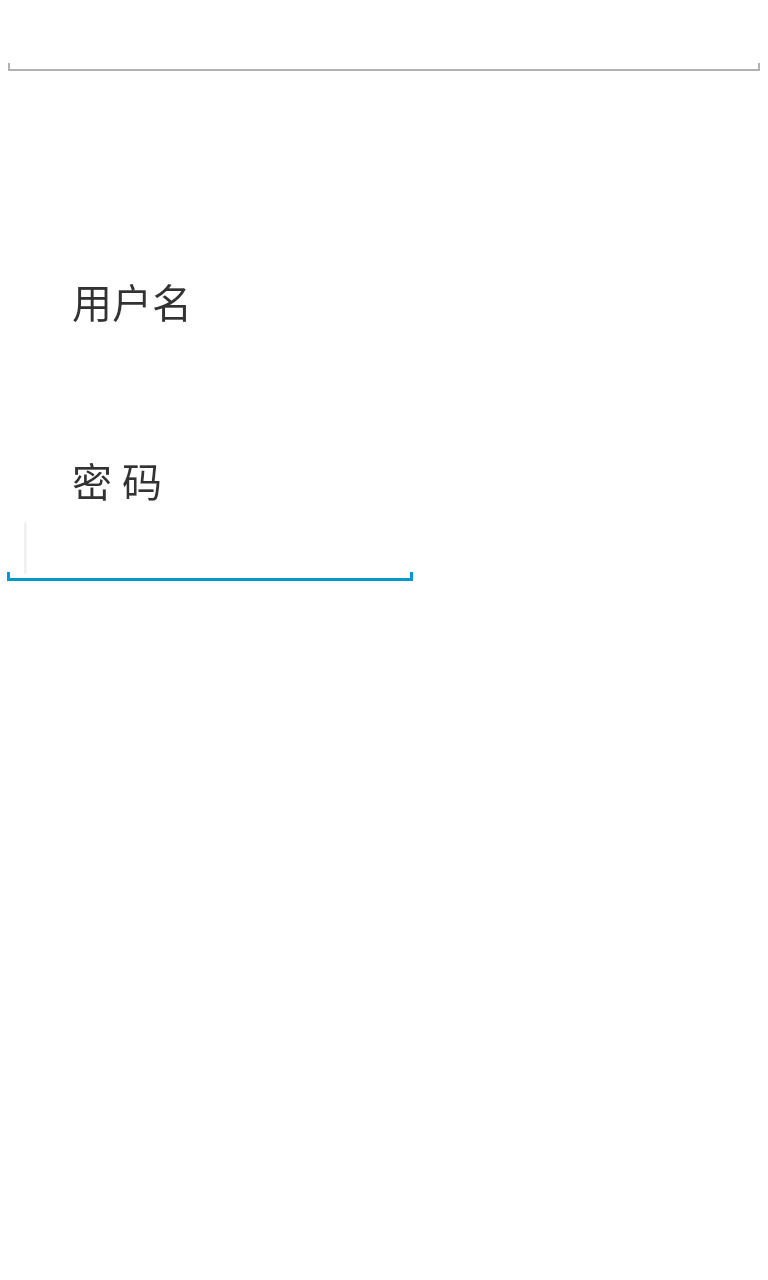
Repository: 17390089054/android
Layout: AlertDialog/res/layout/login.xml
An editor plug-in stored every save of this project. The layout is shown before and after the next save, followed by the edit.
It is drawn on a 768 x 1280 px phone screen (xhdpi) without system bars, with theme AppTheme; the app's code is not run.

Above is the layout before, as saved 2018-05-03 16:07:44.

### AlertDialog/res/layout/login.xml
<?xml version="1.0" encoding="utf-8"?>
<RelativeLayout xmlns:android="http://schemas.android.com/apk/res/android"
    android:layout_width="match_parent"
    android:layout_height="match_parent"
    android:orientation="vertical" >

    <EditText
        android:id="@+id/editText1"
        android:layout_width="match_parent"
        android:layout_height="wrap_content"
        android:singleLine="true" />


    <TextView
        android:id="@+id/textView2"
        android:layout_width="100dp"
        android:layout_height="wrap_content"
        android:layout_alignLeft="@+id/textView1"
        android:layout_below="@+id/textView1"
        android:layout_marginTop="60dp"
        android:textSize="20sp"
        android:layout_weight="0.12"
        android:text="密 码" />

    <TextView
        android:id="@+id/textView1"
        android:layout_width="100dp"
        android:layout_height="wrap_content"
        android:layout_alignParentLeft="true"
        android:layout_below="@+id/editText1"
        android:layout_marginLeft="36dp"
        android:layout_marginTop="96dp"
        android:layout_weight="0.12"
        android:text="用户名"
        android:textSize="20sp" />

    <EditText
        android:layout_width="wrap_content"
        android:layout_height="wrap_content"
        android:layout_alignParentLeft="true"
        android:layout_below="@+id/textView2"
        android:ems="10"
        android:singleLine="true" >

        <requestFocus />
    </EditText>

</RelativeLayout>

Loaded but not shown: AlertDialog/res/values/styles.xml (common file); AlertDialog/res/values-v11/styles.xml (common file); AlertDialog/res/values-v14/styles.xml (common file)

After the next save:
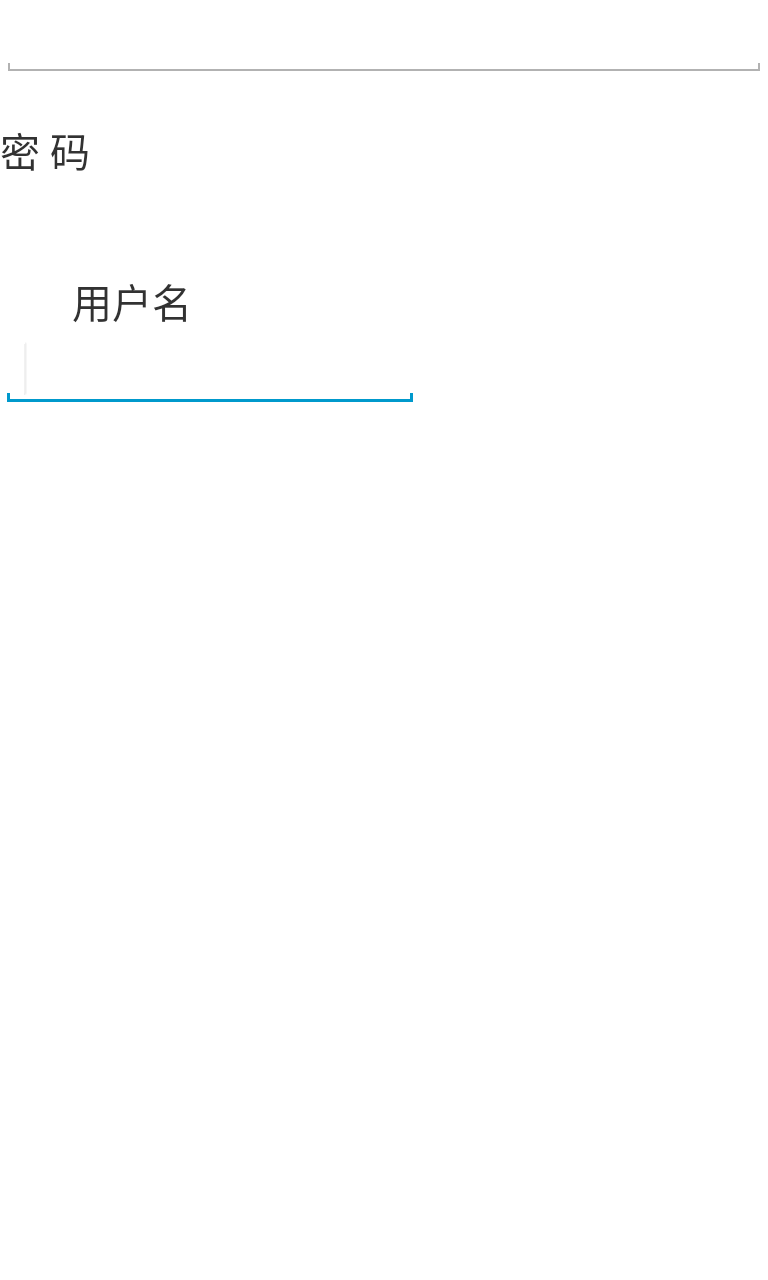
Saved 5 s later.
--- a/AlertDialog/res/layout/login.xml
+++ b/AlertDialog/res/layout/login.xml
@@ -23,7 +23,7 @@
         android:text="密 码" />
 
     <TextView
-        android:id="@+id/textView1"
+        android:id="@+id/textView2"
         android:layout_width="100dp"
         android:layout_height="wrap_content"
         android:layout_alignParentLeft="true"

After the save that followed:
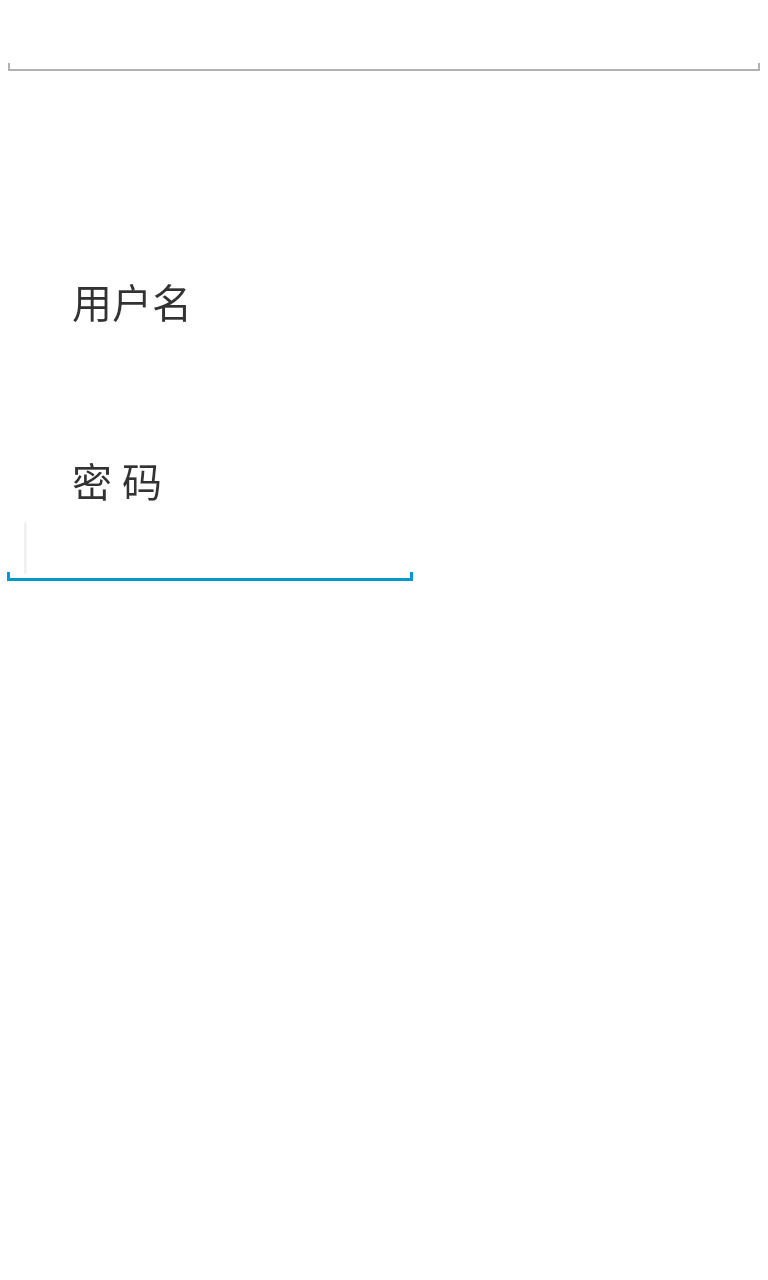
Saved 6 s later.
--- a/AlertDialog/res/layout/login.xml
+++ b/AlertDialog/res/layout/login.xml
@@ -23,7 +23,7 @@
         android:text="密 码" />
 
     <TextView
-        android:id="@+id/textView2"
+        android:id="@+id/textView1"
         android:layout_width="100dp"
         android:layout_height="wrap_content"
         android:layout_alignParentLeft="true"
